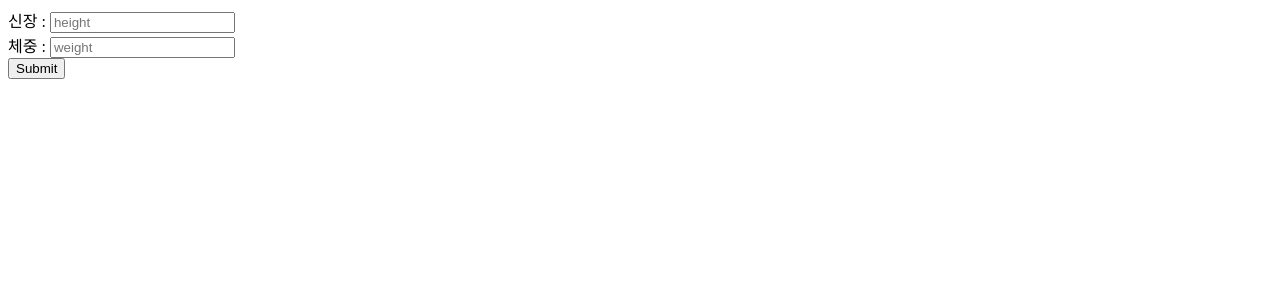
Repository: lee-ruru/jsp_practice
Page: http://localhost/JSPBasic/JspObject/1.requests/req_bmi.jsp
An editor plug-in stored every save of this project. The page is shown before and after the next save, followed by the edit.
The browser window is 1280 px wide. The pictures show the whole page.
The page is served by Tomcat 9.

Above is the page before, as saved 2022-02-04 00:40:52.

### JSPBasic/src/main/webapp/JspObject/1.requests/req_bmi.jsp
<%@ page language="java" contentType="text/html; charset=UTF-8"
    pageEncoding="UTF-8"%>
<!DOCTYPE html>
<html>
<head>
<meta charset="UTF-8">
<title>Insert title here</title>
</head>
<body>
	<%--
	사용자의 키(height)와 체중(weight)를 입력받아 BMI지수를 계산해 출력하는
	form 및 출력페이지를 만들어 보겠습니다.

	1. 사용자의 입력값을 서버로 전송할 떄는 form 태그를 사용합니다.
	2. form의 action= 속성을 이용해 전달할 페이지 및 URL을 지정할 수 있습니다.
	3. input 태그에 name 속성으로 요청자료를 부를 명칭을 정할 수 있습니다.
	4. submit 버튼을 사용하면 action= 에 지정한 페이지로 자료가 전송됩니다.
	req_bmi.jsp --> req_bmi_result.jsp로 전송되게 해주세요.--%>

	<form action="req_bmi_result.jsp">
		신장 :
		<input type="text" name="height" placeholder="height" /><br/>
		체중 :
		<input type="text" name="weight" placeholder="weight" /><br/>

		<input type="submit"/>


	</form>



</body>
</html>

After the next save:
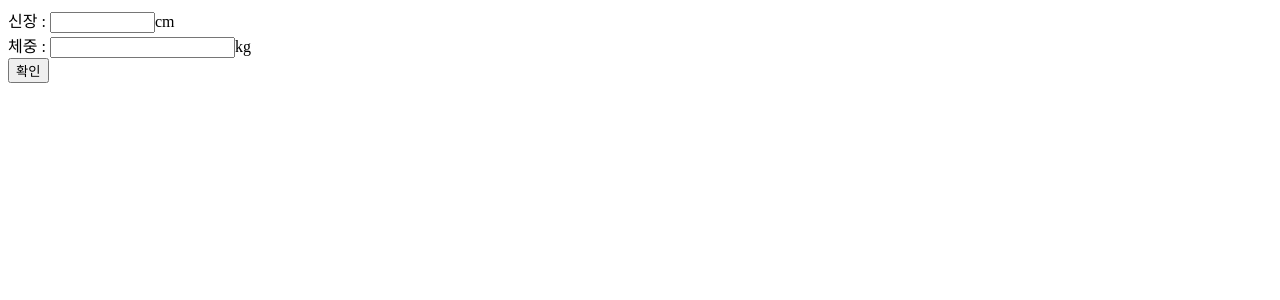
Saved 10 min 33 s later.
--- a/JSPBasic/src/main/webapp/JspObject/1.requests/req_bmi.jsp
+++ b/JSPBasic/src/main/webapp/JspObject/1.requests/req_bmi.jsp
@@ -17,15 +17,10 @@
 	4. submit 버튼을 사용하면 action= 에 지정한 페이지로 자료가 전송됩니다.
 	req_bmi.jsp --> req_bmi_result.jsp로 전송되게 해주세요.--%>
 
-	<form action="req_bmi_result.jsp">
-		신장 :
-		<input type="text" name="height" placeholder="height" /><br/>
-		체중 :
-		<input type="text" name="weight" placeholder="weight" /><br/>
-
-		<input type="submit"/>
-
-
+	<form action="req_bmi_result.jsp" method="post">
+		신장 : <input type="text" name="height" size="10px"/>cm<br/>
+		체중 : <input type="text" name="weight" sizw="10px"/>kg<br/>
+		<input type="submit" value="확인"/>
 	</form>
 
 
